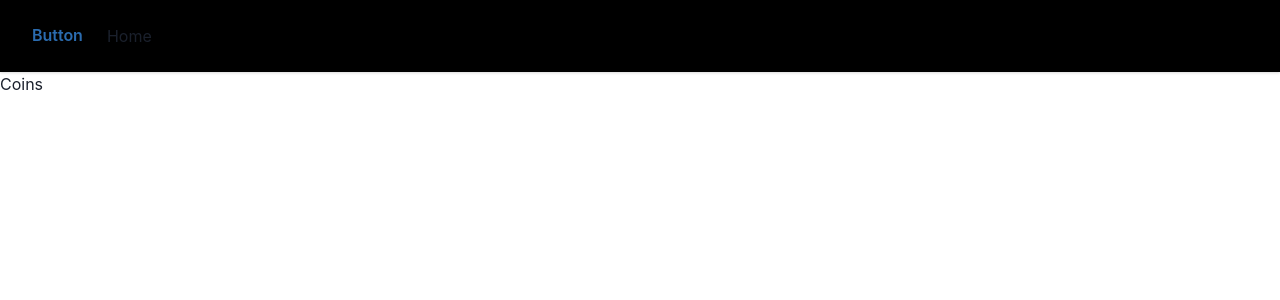
Repository: Attar786/cryptoapp
Page: /coins
The author's editor kept a copy of each file at every save. The page is drawn from the files as they stood at one save, then again after the next save.
The browser window is 1280 px wide. The pictures show the whole page.
The project was rebuilt for these pictures with package versions that can differ from the ones it lists, and the page was loaded fresh each time. Also part of the build but not shown: vite.config.js, src/components/Home.jsx, src/components/Exhanges.jsx, src/components/CoinDetails.jsx, src/index.css.

Above is the page before, as saved 2024-03-16 16:53:40.

After the next save:
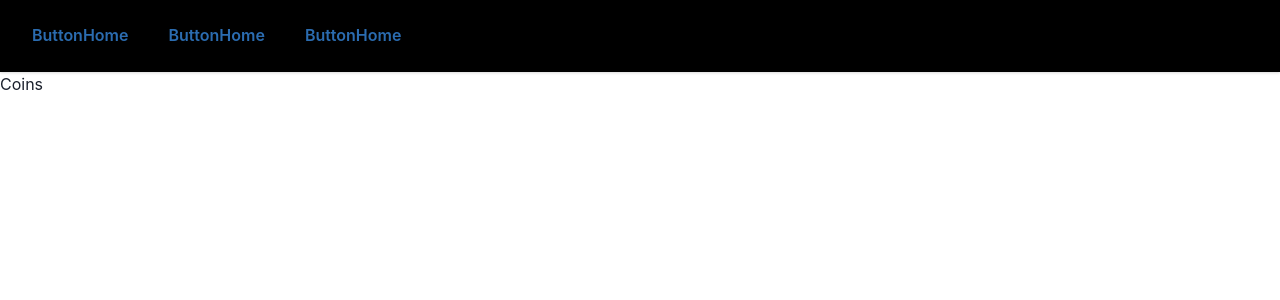
Saved 45 s later.
--- a/src/components/Header.jsx
+++ b/src/components/Header.jsx
@@ -5,8 +5,17 @@ import { Link } from "react-router-dom"
 const Header = () => {
     return (
 <HStack p={"4"} bgColor={"black"} shadow={"base"}  >
-<Button colorScheme='blue' variant='ghost' >Button</Button>
+<Button colorScheme='blue' variant='ghost' >Button
 <Link to={"/"}   >Home</Link>
+</Button>
+<Button colorScheme='blue' variant='ghost' >Button
+<Link to={"/"}   >Home</Link>
+</Button>
+
+<Button colorScheme='blue' variant='ghost' >Button
+<Link to={"/"}   >Home</Link>
+</Button>
+
 
 </HStack>
     )
